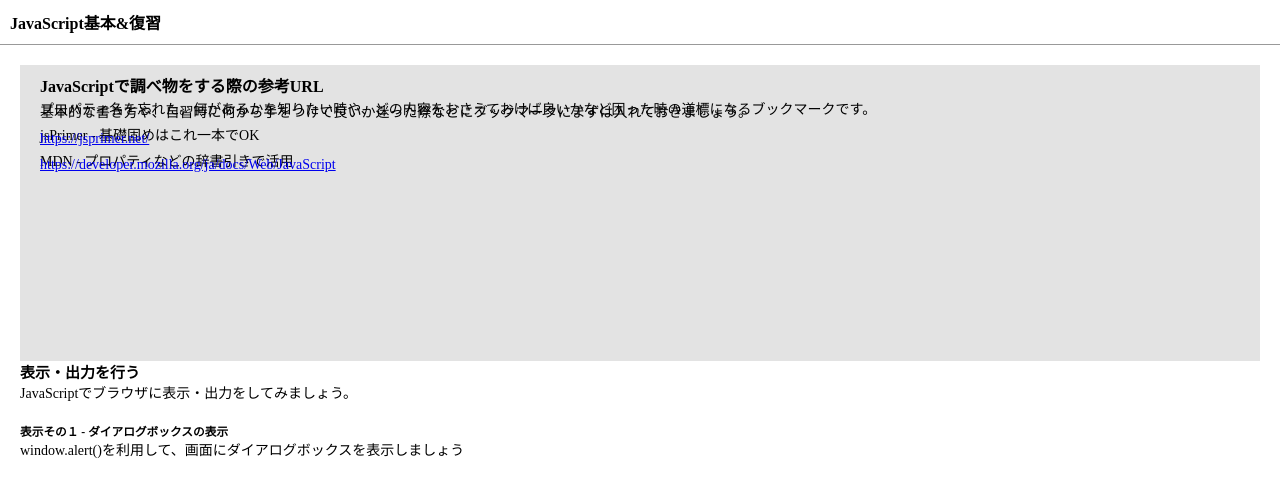
Repository: Yuto-Arakawa/study_js
Page: 01_basic/荒川/ara_basic01.html
An editor plug-in stored every save of this project. The page is shown before and after the next save, followed by the edit.
The browser window is 1280 px wide. The pictures show the whole page.

Above is the page before, as saved 2026-11-06 15:19:39.

### 01_basic/荒川/ara_basic01.html
<!DOCTYPE html>
<html lang="ja">
<head>
  <meta charset="utf-8">
  <meta name="viewport" content="width=device-width, initial-scale=1">
  <meta name="color-scheme" content="light">
  <meta name="format-detection" content="telephone=no">
  <meta name="description" content="ここに説明文を設定">
  <title>ara_basic01</title>

  <!-- 共有用 OGP / X(Twitter) -->
  <meta property="og:site_name" content="サイト名">
  <meta property="og:title" content="サイトタイトル">
  <meta property="og:description" content="サイト説明文">
  <meta property="og:type" content="website">
  <meta property="og:url" content="https://hoge.ecc.com/">
  <meta property="og:image" content="https://hoge.ecc.com/ogp.png">
  <meta name="twitter:card" content="summary_large_image">
  <meta name="twitter:site" content="@twitteraccount">

  <!-- 正規URL -->
  <link rel="canonical" href="URL">
	<!-- 多言語サイト用 -->
	<!-- <link rel="alternate" hreflang="ja" href="URL"> -->

  <!-- アイコン（SVG優先、ICOフォールバック、Apple Touch） -->
  <link rel="icon" type="image/svg+xml" href="favicon.svg">
  <link rel="alternate icon" href="favicon.ico">
  <link rel="apple-touch-icon" href="apple-touch-icon.png" sizes="180x180">

  <!-- テーマカラー（PWAでなくてもアドレスバー色に反映） -->
  <meta name="theme-color" content="#FFFFFF">

	<!-- スタイルの読み込み -->
    <link rel="stylesheet" href="css/ress.css">
    <link rel="stylesheet" href="css/basic01.css">

</head>
<body>
    <header>
        <h1>JavaScript基本&復習</h1>
    </header>
    <main>
        <div class="reference">
            <h2>JavaScriptで調べ物をする際の参考URL</h2>
                <p>
                    プロパティ名を忘れた。何があるかを知りたい時や、どの内容をおさえておけば良いかなど困った時の道標になるブックマークです。<br>
                    基本的な書き方や、自習時に何から手をつけて良いか迷った際などにブックマークにまずは入れておきましょう。
                </p>

                <p>
                    jsPrimer - 基礎固めはこれ一本でOK<br>
                    <a href="https://jsprimer.net/" target="_blank">https://jsprimer.net/</a>
                </p>
                <p>
                    MDN - プロパティなどの辞書引きで活用<br>
                    <a href="https://developer.mozilla.org/ja/docs/Web/JavaScript" target="_blank">https://developer.mozilla.org/ja/docs/Web/JavaScript</a>
                </p>
        </div>
            <h2>表示・出力を行う</h2>
                <p>JavaScriptでブラウザに表示・出力をしてみましょう。</p>
            <h3>表示その１ - ダイアログボックスの表示</h3>
                <p>window.alert()を利用して、画面にダイアログボックスを表示しましょう</p>
    </main>
</body>
</html>

### 01_basic/荒川/css/ress.css
/* resset.dev • v6.0.0 */

/* # =================================================================
   # Global selectors
   # ================================================================= */

html {
  box-sizing: border-box;
  -webkit-text-size-adjust: 100%; /* Prevent adjustments of font size after orientation changes in iOS */
  word-break: normal;
  -moz-tab-size: 4;
  tab-size: 4;
}

*,
::before,
::after {
  background-repeat: no-repeat; /* Set `background-repeat: no-repeat` to all elements and pseudo elements */
  box-sizing: inherit;
}

::before,
::after {
  text-decoration: inherit; /* Inherit text-decoration and vertical align to ::before and ::after pseudo elements */
  vertical-align: inherit;
}

* {
  padding: 0; /* Reset `padding` and `margin` of all elements */
  margin: 0;
}

/* # =================================================================
   # General elements
   # ================================================================= */

hr {
  overflow: visible; /* Show the overflow in Edge and IE */
  height: 0; /* Add the correct box sizing in Firefox */
  color: inherit; /* Correct border color in Firefox. */
}

details,
main {
  display: block; /* Render the `main` element consistently in IE. */
}

summary {
  display: list-item; /* Add the correct display in all browsers */
}

small {
  font-size: 80%; /* Set font-size to 80% in `small` elements */
}

[hidden] {
  display: none; /* Add the correct display in IE */
}

abbr[title] {
  border-bottom: none; /* Remove the bottom border in Chrome 57 */
  /* Add the correct text decoration in Chrome, Edge, IE, Opera, and Safari */
  text-decoration: underline;
  text-decoration: underline dotted;
}

a {
  background-color: transparent; /* Remove the gray background on active links in IE 10 */
}

a:active,
a:hover {
  outline-width: 0; /* Remove the outline when hovering in all browsers */
}

code,
kbd,
pre,
samp {
  font-family: monospace, monospace; /* Specify the font family of code elements */
}

pre {
  font-size: 1em; /* Correct the odd `em` font sizing in all browsers */
}

b,
strong {
  font-weight: bolder; /* Add the correct font weight in Chrome, Edge, and Safari */
}

/* https://gist.github.com/unruthless/413930 */
sub,
sup {
  font-size: 75%;
  line-height: 0;
  position: relative;
  vertical-align: baseline;
}

sub {
  bottom: -0.25em;
}

sup {
  top: -0.5em;
}

table {
  border-color: inherit; /* Correct border color in all Chrome, Edge, and Safari. */
  text-indent: 0; /* Remove text indentation in Chrome, Edge, and Safari */
}

iframe {
  border-style: none;
}

/* # =================================================================
   # Accessibility
   # ================================================================= */

/* Specify the progress cursor of updating elements */
[aria-busy='true'] {
  cursor: progress;
}

/* Specify the pointer cursor of trigger elements */
[aria-controls] {
  cursor: pointer;
}

/* # =================================================================
   # Forms
   # ================================================================= */

input {
  border-radius: 0;
}

[type='number']::-webkit-inner-spin-button,
[type='number']::-webkit-outer-spin-button {
  height: auto; /* Correct the cursor style of increment and decrement buttons in Chrome */
}

[type='search'] {
  -webkit-appearance: textfield; /* Correct the odd appearance in Chrome and Safari */
  outline-offset: -2px; /* Correct the outline style in Safari */
}

[type='search']::-webkit-search-decoration {
  -webkit-appearance: none; /* Remove the inner padding in Chrome and Safari on macOS */
}

textarea {
  overflow: auto; /* Internet Explorer 11+ */
  resize: vertical; /* Specify textarea resizability */
}

button,
input,
optgroup,
select,
textarea {
  font: inherit; /* Specify font inheritance of form elements */
}

optgroup {
  font-weight: bold; /* Restore the font weight unset by the previous rule */
}

button {
  overflow: visible; /* Address `overflow` set to `hidden` in IE 8/9/10/11 */
}

button,
select {
  text-transform: none; /* Firefox 40+, Internet Explorer 11- */
}

/* Apply cursor pointer to button elements */
button,
[type='button'],
[type='reset'],
[type='submit'],
[role='button'] {
  cursor: pointer;
}

/* Remove inner padding and border in Firefox 4+ */
button::-moz-focus-inner,
[type='button']::-moz-focus-inner,
[type='reset']::-moz-focus-inner,
[type='submit']::-moz-focus-inner {
  border-style: none;
  padding: 0;
}

/* Replace focus style removed in the border reset above */
button:-moz-focusring,
[type='button']::-moz-focus-inner,
[type='reset']::-moz-focus-inner,
[type='submit']::-moz-focus-inner {
  outline: 1px dotted ButtonText;
}

button,
html [type='button'], /* Prevent a WebKit bug where (2) destroys native `audio` and `video`controls in Android 4 */
[type='reset'],
[type='submit'] {
  -webkit-appearance: button; /* Correct the inability to style clickable types in iOS */
}

/* Remove the default button styling in all browsers */
button,
input,
select,
textarea {
  background-color: transparent;
  border-style: none;
}

a:focus,
button:focus,
input:focus,
select:focus,
textarea:focus {
  outline-width: 0;
}

/* Style select like a standard input */
select {
  -moz-appearance: none; /* Firefox 36+ */
  -webkit-appearance: none; /* Chrome 41+ */
}

select::-ms-expand {
  display: none; /* Internet Explorer 11+ */
}

select::-ms-value {
  color: currentColor; /* Internet Explorer 11+ */
}

legend {
  border: 0; /* Correct `color` not being inherited in IE 8/9/10/11 */
  color: inherit; /* Correct the color inheritance from `fieldset` elements in IE */
  display: table; /* Correct the text wrapping in Edge and IE */
  max-width: 100%; /* Correct the text wrapping in Edge and IE */
  white-space: normal; /* Correct the text wrapping in Edge and IE */
  max-width: 100%; /* Correct the text wrapping in Edge 18- and IE */
}

::-webkit-file-upload-button {
  /* Correct the inability to style clickable types in iOS and Safari */
  -webkit-appearance: button;
  color: inherit;
  font: inherit; /* Change font properties to `inherit` in Chrome and Safari */
}

/* Replace pointer cursor in disabled, not-editable, or otherwise inoperable elements */
[disabled],
[aria-disabled='true'] {
  cursor: default;
}

/* # =================================================================
   # Specify media element style
   # ================================================================= */

img {
  border-style: none; /* Remove border when inside `a` element in IE 8/9/10 */
}

/* Add the correct vertical alignment in Chrome, Firefox, and Opera */
progress {
  vertical-align: baseline;
}

### 01_basic/荒川/css/basic01.css
html{
    font-size: 62.5%;
}

header{
    padding: 1rem;
    border-bottom: solid 1px #999;
    font-size: 8px;
}

main{
    padding: 20px;
    p{
        font-size: 14px;
        margin-bottom: 20px;
    }
}

.reference{
    padding: 20px;
    height: 296px;
    background-color: #e3e3e3;
    line-height: 3px;
    h2{
        font-size: 16px;
        margin-bottom: 20px;
    }
}

After the next save:
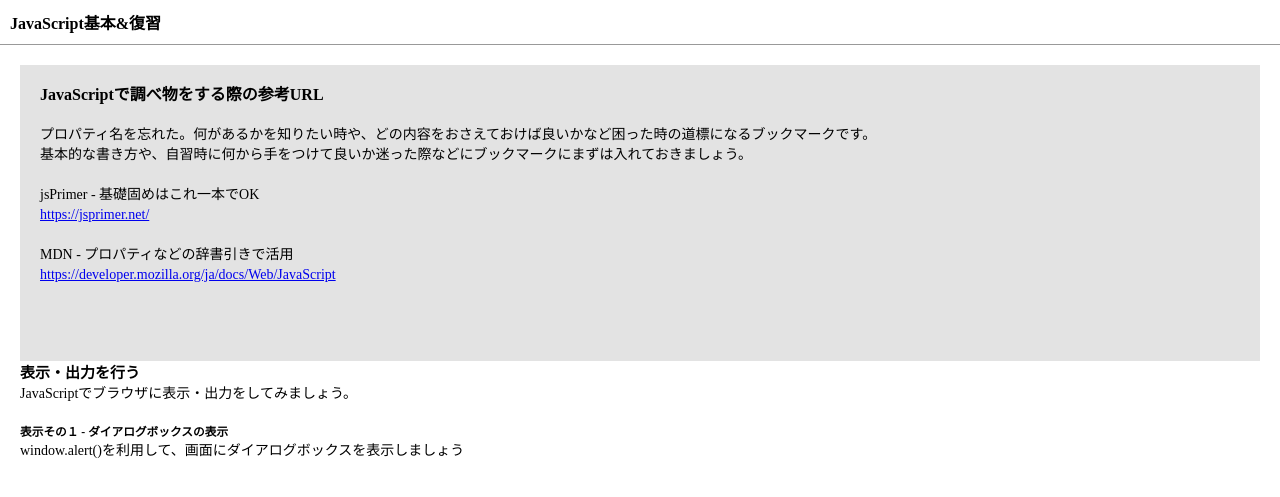
Saved 8 s later.
--- a/01_basic/荒川/css/basic01.css
+++ b/01_basic/荒川/css/basic01.css
@@ -20,7 +20,7 @@ main{
     padding: 20px;
     height: 296px;
     background-color: #e3e3e3;
-    line-height: 3px;
+    line-height: 20px;
     h2{
         font-size: 16px;
         margin-bottom: 20px;
